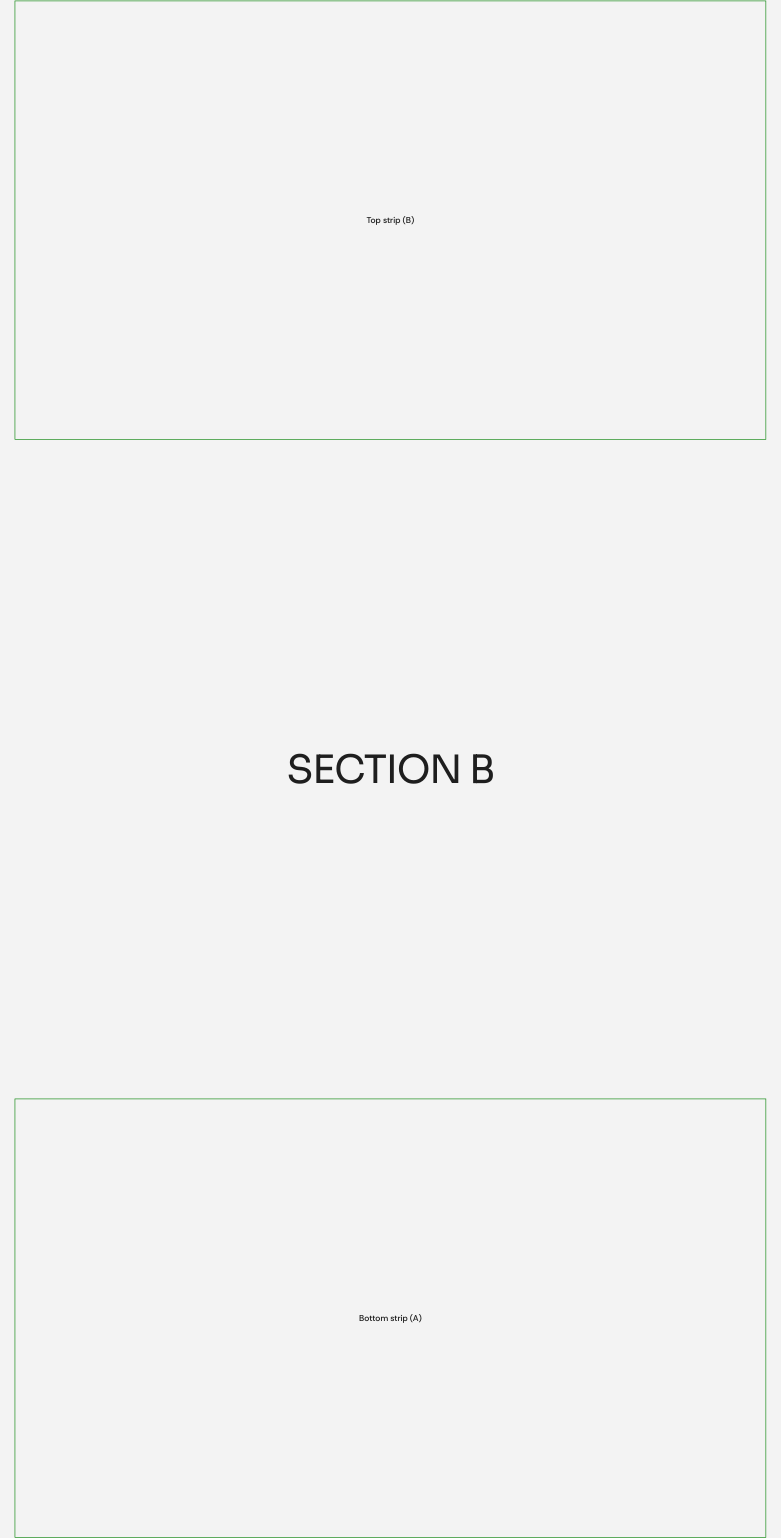
Repository: BwesewB/Offcut
Page: /
The author's editor kept a copy of each file at every save. The page is drawn from the files as they stood at one save, then again after the next save.
The browser window is 1280 px wide. The pictures show the whole page, at 61% of full size.
The project was rebuilt for these pictures with package versions that can differ from the ones it lists, and the page was loaded fresh each time. The framework's server and built-in components were replaced by stand-ins that run in the browser. Also part of the build but not shown: next.config.mjs, app/styles/page.module.css, app/components/molecules/mediaBlock/MediaBlock.module.css, app/components/molecules/mediaBlock/MediaBlock.jsx, app/components/molecules/twoColumn/TwoColumn.module.css, app/components/molecules/twoColumn/TwoColumn.js, app/components/molecules/gridLayout/GridLayout.module.css, app/components/molecules/gridLayout/GridLayout.js.

Above is the page before, as saved 2025-09-19 22:49:56.

After the next save:
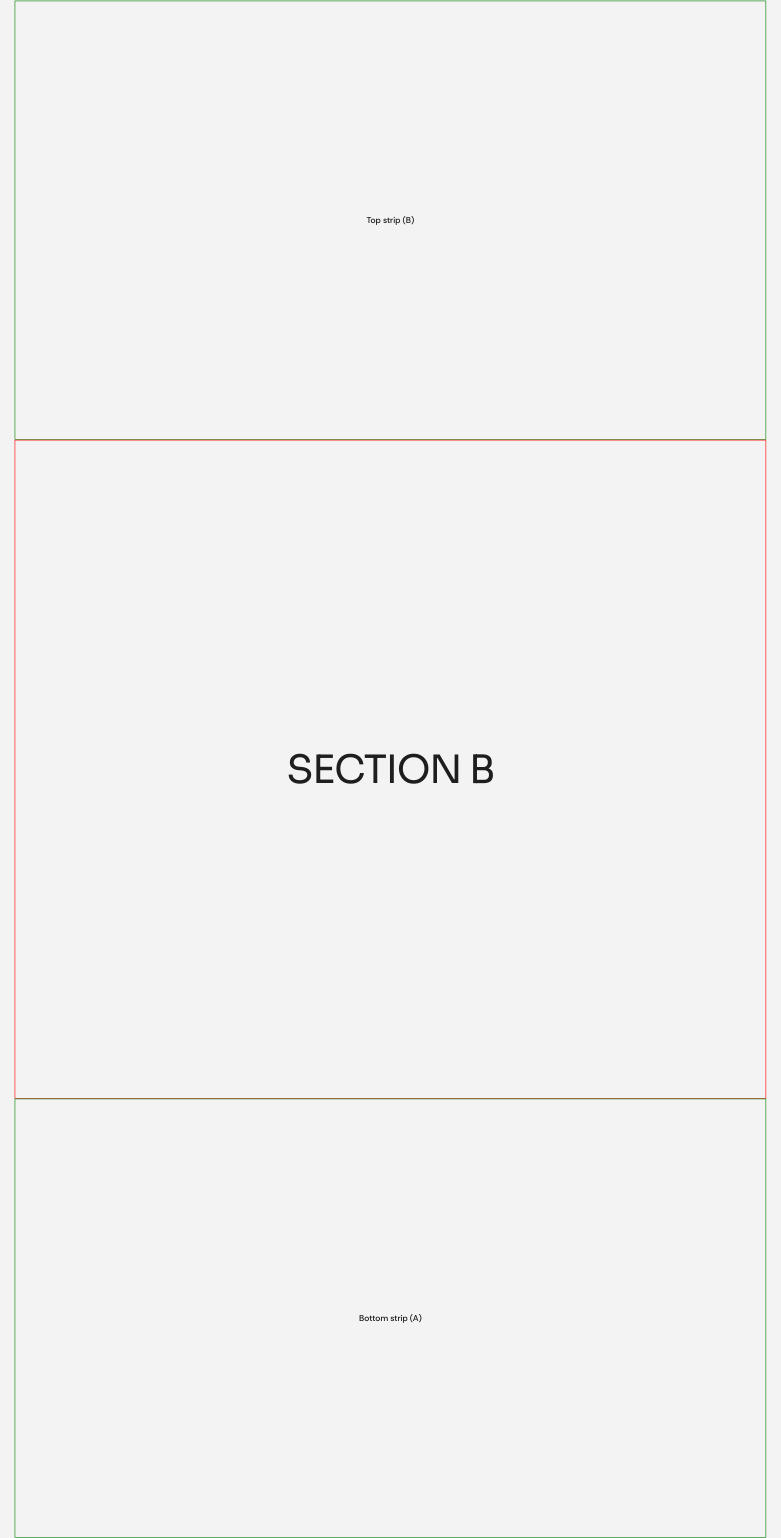
Saved 27 s later.
--- a/app/page.js
+++ b/app/page.js
@@ -16,12 +16,12 @@
     <>
     <ScrollCycle
       sectionA={
-        <section style={{ minHeight: '150svh', display: 'grid', placeItems: 'center', zIndex: 10, backgroundColor: 'var(--white)' }}>
+        <section style={{ minHeight: '150svh', display: 'grid', placeItems: 'center', border: '1px solid blue' }}>
           <h1>Section A</h1>
         </section>
       }
       sectionB={
-        <section style={{ minHeight: '150svh', display: 'grid', placeItems: 'center'}}>
+        <section style={{ minHeight: '150svh', display: 'grid', placeItems: 'center', border: '1px solid red' }}>
           <h1>Section B</h1>
         </section>
       }
